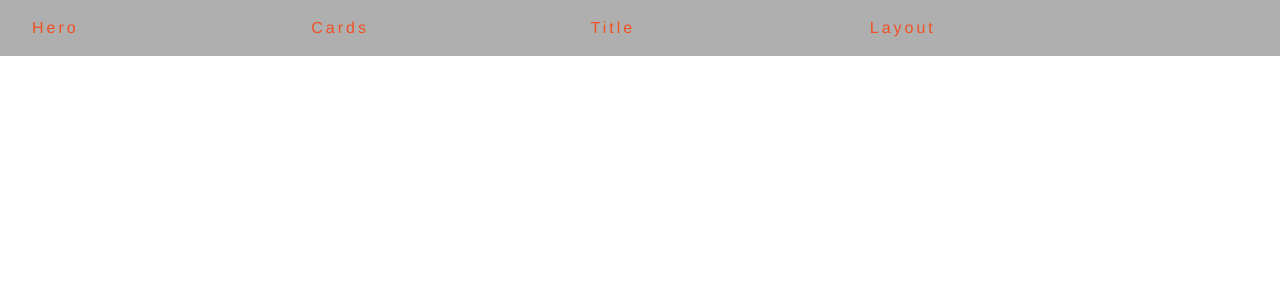
Repository: Ndifoinhilary/css_grid
Page: css-grid-learn/index.html
These files come from the project's save history. The page is drawn as it stood at one moment and after the next save; the edit follows.
The browser window is 1280 px wide. The pictures show the whole page.

Above is the page before, as saved 2024-01-28 10:28:52.

After the next save:
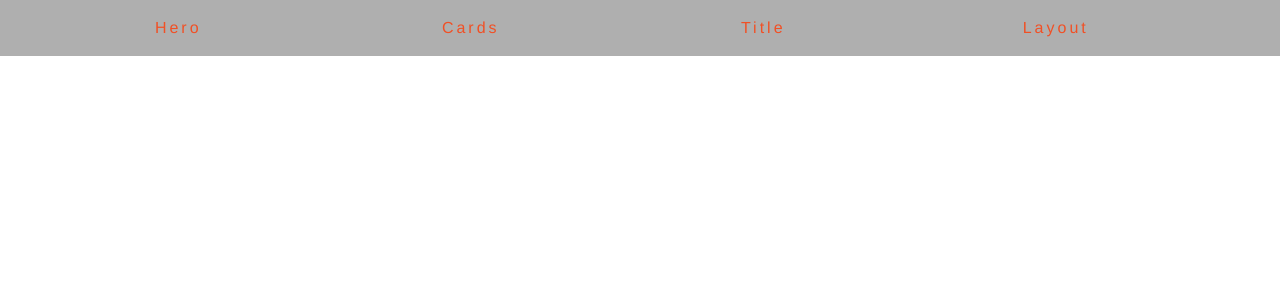
Saved 76 s later.
--- a/css-grid-learn/main.css
+++ b/css-grid-learn/main.css
@@ -121,7 +121,8 @@ navbar css here
 
 @media screen and (min-width:992px) {
     .nav-links{
-        max-width: 1117px;
+        max-width: 1170px;
+        text-align: center;
         display: grid;
         grid-template-columns: 1fr 1fr 1fr 1fr;
     }
